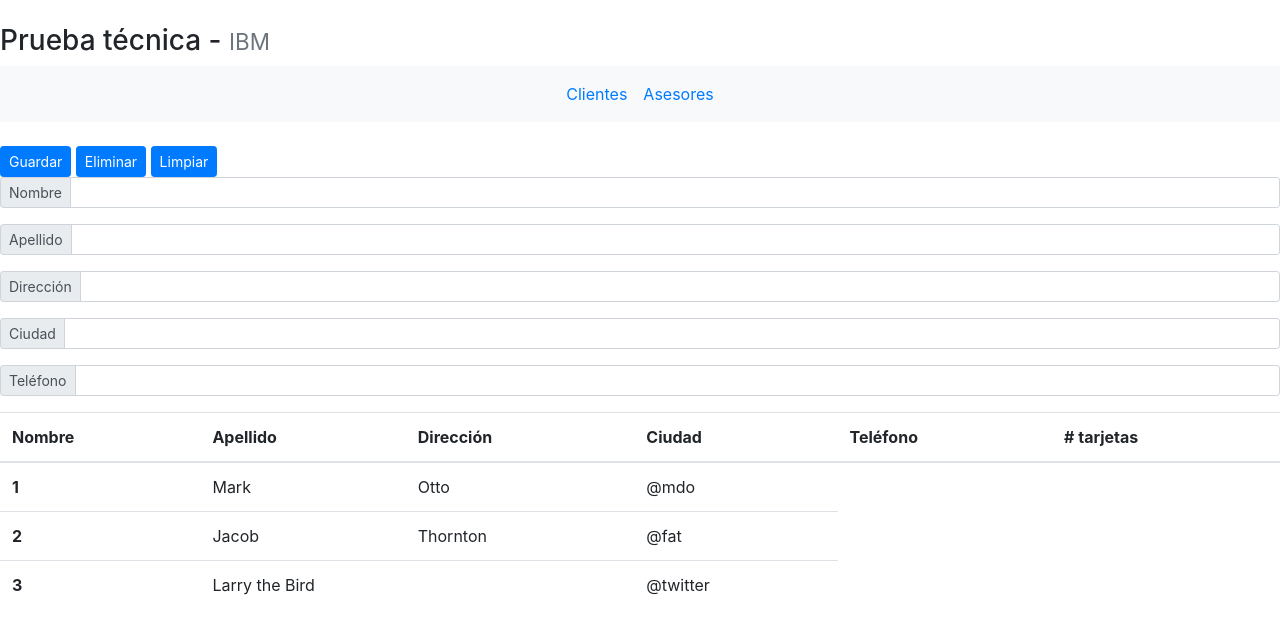
Repository: analozano16/ibm
Page: prueba_banco_war/src/main/webapp/index.html
The author's editor kept a copy of each file at every save. The page is drawn from the files as they stood at one save, then again after the next save.
The browser window is 1280 px wide. The pictures show the whole page.
Some web libraries are served in a nearby version.

Above is the page before, as saved 2020-02-02 19:55:47.

After the next save:
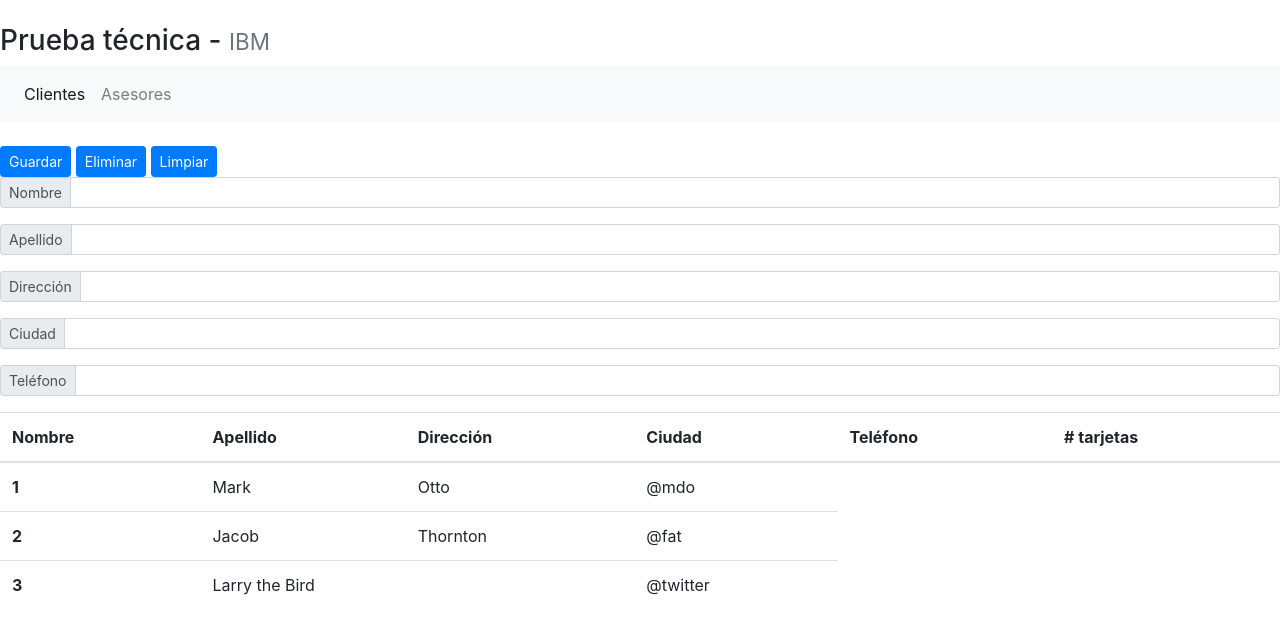
Saved 87 s later.
--- a/prueba_banco_war/src/main/webapp/index.html
+++ b/prueba_banco_war/src/main/webapp/index.html
@@ -17,7 +17,7 @@
   Prueba técnica -
   <small class="text-muted"> IBM</small>
 </h3>
-<nav class="navbar navbar-expand-sm bg-light justify-content-center">
+<nav class="navbar navbar-expand-lg navbar-light bg-light">
   <ul class="navbar-nav">
     <li class="nav-item active">
       <a class="nav-link" href="#">Clientes</a>
